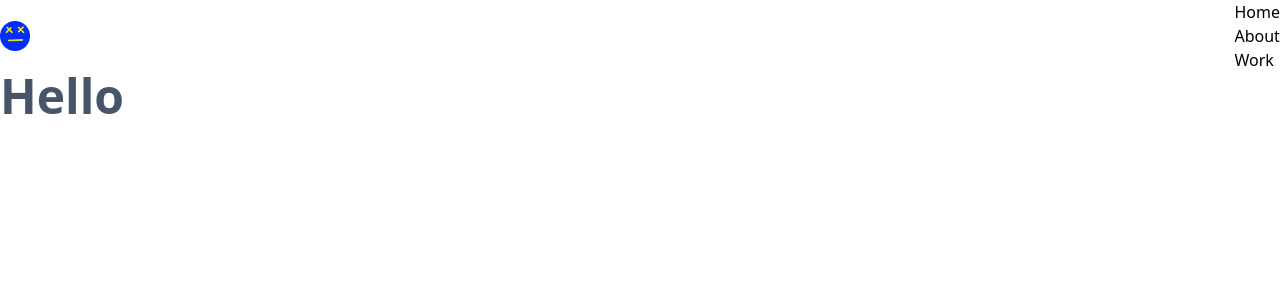
Repository: aaroncemery/aaroncemery-next
Page: /
The author's editor kept a copy of each file at every save. The page is drawn from the files as they stood at one save, then again after the next save.
The browser window is 1280 px wide. The pictures show the whole page.
The project was rebuilt for these pictures with package versions that can differ from the ones it lists, and the page was loaded fresh each time. The framework's server and built-in components were replaced by stand-ins that run in the browser. Also part of the build but not shown: next.config.js.

Above is the page before, as saved 2022-06-13 17:00:35.

After the next save:
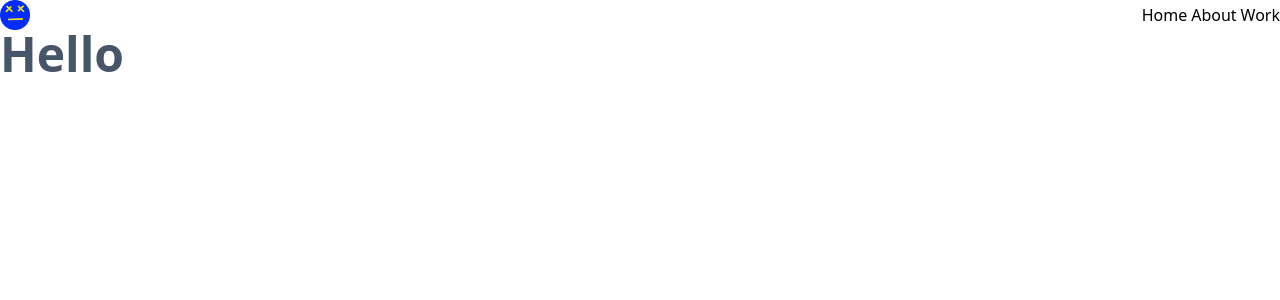
Saved 22 s later.
--- a/pages/index.tsx
+++ b/pages/index.tsx
@@ -8,7 +8,7 @@ const Home: NextPage = () => {
     <Fragment>
       <nav className="container flex justify-between items-center">
         <Image src={NavIcon} alt={'aaroncemery icon'} height={30} width={30} />
-        <ul>
+        <ul className="flex justify-between items-center gap-1">
           <li>Home</li>
           <li>About</li>
           <li>Work</li>
